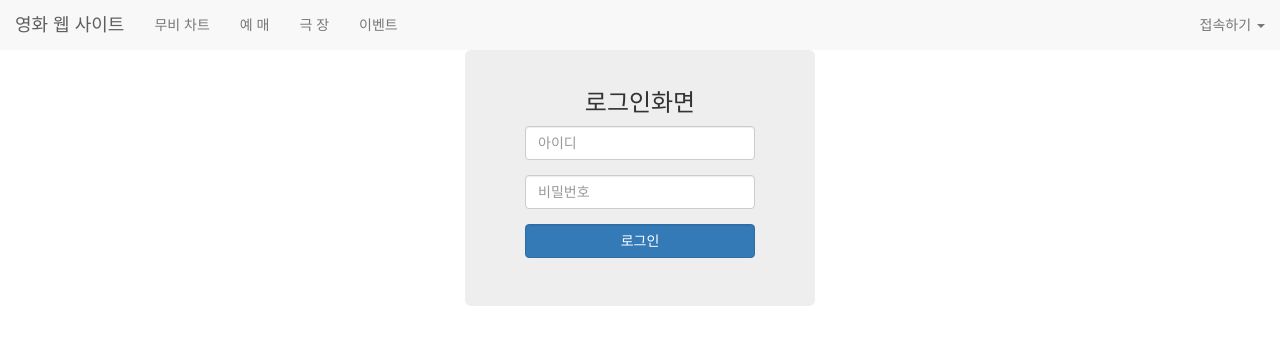
Repository: Gotaemin/java
Page: http://localhost/BBS/login.jsp
These files come from the project's save history. The page is drawn as it stood at one moment and after the next save; the edit follows.
The browser window is 1280 px wide. The pictures show the whole page.
Some web libraries are served in a nearby version. The page is served by Tomcat 9.

Above is the page before, as saved 2020-03-04 10:40:23.

After the next save:
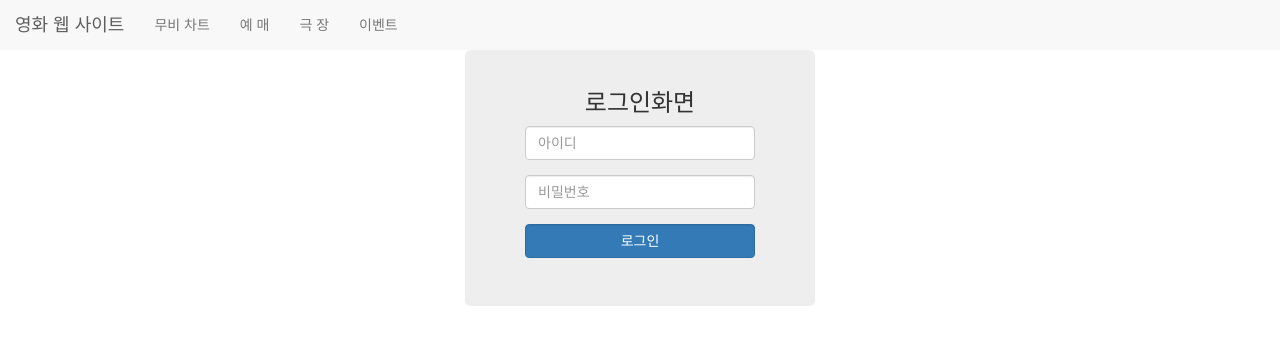
Saved 86 min 44 s later.
--- a/BBS/BBS/WebContent/login.jsp
+++ b/BBS/BBS/WebContent/login.jsp
@@ -36,23 +36,7 @@
 				<li><a href="#">극  장</a></li>
 				<li><a href="#">이벤트</a></li>
 			</ul>
-			<ul class="nav navbar-nav navbar-right">
-				<li class="dropdown">
-					<a href="#" class="dropdown-toggle"
-						data-toggle="dropdown"
-						role="button"
-						aria-haspopup="true"
-						aria-expanded="false">접속하기
-					<span class="caret"></span>
-					</a>
 
-					<ul class="dropdown-menu">
-						<li class="active"><a href="MovieMain.jsp">메인화면</a></li>
-						<li ><a href="login.jsp">로그인</a></li>
-						<li ><a href="#">회원가입</a></li>
-					</ul>
-				</li>
-			</ul>
 		</div>
 	</nav>
 
